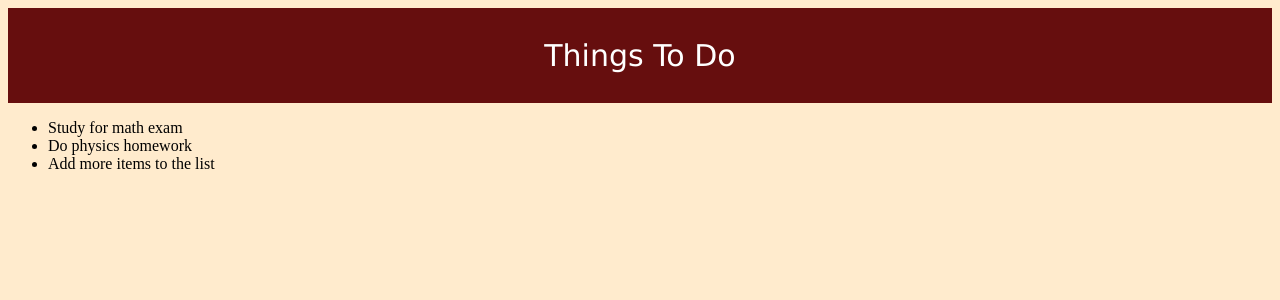
Repository: riya10483/pomodoro
Page: todo.html
These files come from the project's save history. The page is drawn as it stood at one moment and after a run of saves; the edit follows.
The browser window is 1280 px wide. The pictures show the whole page.

Above is the page before, as saved 2024-09-28 17:49:19.

After the next 5 saves:
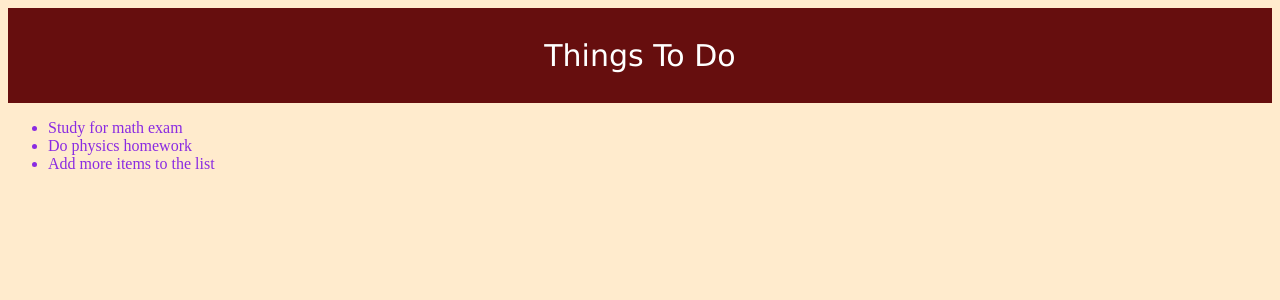
The 5 saves are shown as one change because they came seconds apart.
The last was saved 19 s later.
--- a/todo.css
+++ b/todo.css
@@ -10,6 +10,6 @@
     font-size: 30px;
 }
 
-.li {
-
+li {
+    color:blueviolet;
 }

After the 2 saves that followed:
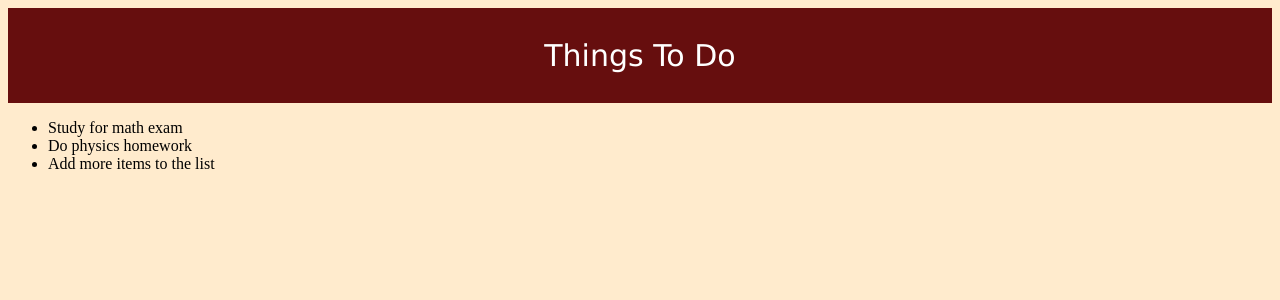
The 2 saves are shown as one change because they came seconds apart.
The last was saved 9 s later.
--- a/todo.css
+++ b/todo.css
@@ -11,5 +11,5 @@
 }
 
 li {
-    color:blueviolet;
+    text-decoration: ;
 }
